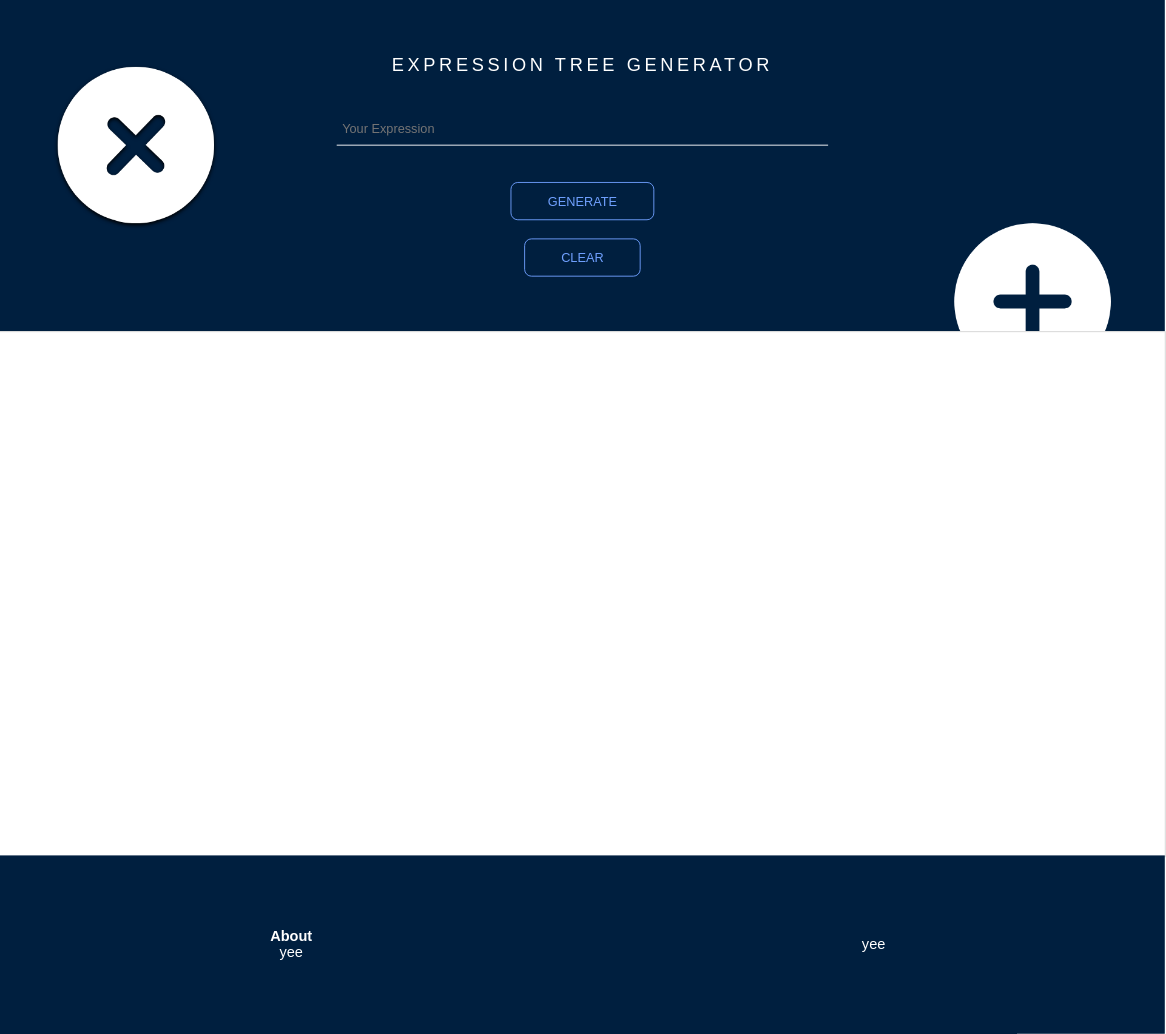
Repository: lnogueir/expression-tree-gen
Page: index.html
These files come from the project's save history. The page is drawn as it stood at one moment and after the next save; the edit follows.
The browser window is 1280 px wide. The page is 1281 px wide, so the pictures cover 1281 px, including what lies to the right of the window. The pictures show the whole page, at 91% of full size.

Above is the page before, as saved 2020-03-15 20:02:50.

### index.html
<!DOCTYPE html>
<html lang="en">

<head>
    <meta charset="UTF-8">
    <meta name="viewport" content="width=device-width, initial-scale=1.0">
    <title>Canvas</title>
    <link rel="stylesheet" href="app.css">
</head>

<body>

    <div class="contact-section">
        <div class="inner-width">
          <h1>Expression Tree Generator</h1>
          <input type="text" class="name" id = 'expression-input' placeholder="Your Expression">

          <div class="buttons">
          <button id="generate-tree">Generate</button>
          <a href="index.html"><button id="generate-tree">Clear</button></a>
        </div>

        </div>
      </div>

    <div id="canvas-container">
        <canvas></canvas>
    </div>

    <div class="ending-section">
        <div class="end-row">
        <div class="end-1">
            <div class="end-1-text">
            <h4>About</h4>
            <p>yee</p>
        </div>
        </div>
       <div class="end-2">
        <p>yee</p>
           </div>
    </div>

</body>
<script src="https://ajax.googleapis.com/ajax/libs/jquery/3.4.1/jquery.min.js"></script>
<script src="https://cdnjs.cloudflare.com/ajax/libs/mathjs/6.6.1/math.min.js"></script>
<script src="tree.js"></script>
<script src="infixToPostfix.js"></script>
<script src="canvas.js"></script>

</html>

### app.css
*{
    margin: 0;
    padding: 0;
    box-sizing: border-box;
    font-family: "montserrat",sans-serif;
  }
  .contact-section{
    background: url(./maths1.png);
    background-size: cover;
    padding: 60px 0 40px 0;
    text-align: center;
  }

  .inner-width{
    max-width: 600px;
    margin: auto;
    padding: 0 20px;
  }

  .contact-section h1{
    font-size: 20px;
    color: #FFF;
    margin-bottom: 40px;
    text-transform: uppercase;
    letter-spacing: 4px;
    font-weight: 400;
  }

  .name,.email,.message{
    background: none;
    border:none;
    outline: none;
    border-bottom: 1px solid;
    color: #FFF;
    padding: 10px 6px;
    font-size: 14px;
    margin-bottom: 40px;
  }

  .name{
    float: center;
    width: 540px;
  }

  .buttons{
      display: flex;
      flex-direction: column;
      justify-content: center;
      align-items: center;
  }

  .contact-section button{
      margin-bottom: 20px;
      outline: none;
    background: none;
    color: #70a1ff;
    border: 1px solid #70a1ff;
    padding: 12px 40px;
    border-radius: 8px;
    text-transform: uppercase;
    font-size: 14px;
    transition: 0.4s linear;
    cursor: pointer;
  }

  .contact-section button:hover{
    background: #70a1ff;
    color: #fff;
  }

  .ending-section{
      z-index: 10;
      bottom: 0;
      position: relative;
    background: #001f3f;
    padding: 80px 0;
    text-align: center;
  }

  .end-row{
      display: flex;
      flex-direction: row;
      align-items: center;
      justify-content: space-between;
      margin: auto;
      color: white;
  }

  .end-1-text{
      display: flex;
      flex-direction: column;
      justify-content: center;
      align-items: center;
  }

  .end-1{
      flex: 1;

  }

  .end-2{
      flex: 1;
  }

  @media screen and (max-width:700px){
    .contact-section{
        background: #001f3f;
    }
  }


  @media screen and (max-width:600px){
    .name,.email{
      width: 100%;
    }
  }

#canvas-container{
    outline: none;
    border: none;
    display: flex;
    flex-direction: column;
    align-items: center;
    margin: auto;
    height: 80vh;
    width: 100vw;
    max-width: 100vw;
    background: #FFF;
}

canvas{
    border: 1px solid lightgray;
}

### tree.js
function Node(value) {
    const radius = 32.5
    this.value = value;
    this.x = null;
    this.y = null;
    this.right = null;
    this.left = null;

    this.isLeaf = () => this.right == null && this.left == null;

    this.drawEdge = function (context, x, y, left_way) {
        context.strokeStyle = 'black';
        context.beginPath()
        const x_y_ratio = Math.abs(this.y - y) / Math.abs(this.x - x)
        const w = radius * Math.sqrt(1 / (1 + Math.pow(x_y_ratio, 2)))
        const d = x_y_ratio * w
        if (left_way) {
            context.moveTo(this.x - w, this.y + d)
            context.lineTo(x + w, y - d)
        } else {
            context.moveTo(this.x + w, this.y + d)
            context.lineTo(x - w, y - d)
        }

        context.stroke()
    }

    this.draw = function (context) {
        context.beginPath()
        context.arc(this.x, this.y, radius, 0, Math.PI * 2, false)
        context.fillStyle = 'rgba(255, 255, 255, 0.5)'
        context.fill()
        context.strokeStyle = 'black'
        context.stroke()
        context.font = '25px Times New Roman'
        context.textAlign = 'center'
        context.textBaseline = 'middle'
        context.fillStyle = "black";
        context.fillText(this.value, this.x, this.y);
    }
}

function constructTree(postfix) {
    const OPERATORS = ['*', '/', '-', '+']
    var stack = []
    var root = null;
    var current;
    var shift = false;
    for (var i = postfix.length - 1; i >= 0; i--) {
        if (null === root) {
            current = new Node(postfix[i]);
            root = current;
        } else {
            if (shift) {
                current.left = new Node(postfix[i])
                current = current.left
                shift = false
            } else {
                current.right = new Node(postfix[i])
                current = current.right
            }
        }
        if (OPERATORS.includes(postfix[i])) {
            stack.push(current);
        } else {
            current = stack.pop();
            shift = true
        }
    }
    return root;
}

function getSize(root) {
    var size = 0
    function countSize(root) {
        if (null != root) {
            size++;
            countSize(root.left)
            countSize(root.right)
        }
    }
    countSize(root);
    return size;
}

function print_coords(root) {
    if (null != root) {
        print_coords(root.left)
        console.log(root.value, root.x, root.y)
        print_coords(root.right)
    }
}

function setCoordinates(root) {
    var i = 0
    const OFFSET = 50
    const size = getSize(root)
    const canvas_mid_point = window.innerWidth / 2;
    function setCoordinates(subt, depth) {
        if (null != subt) {
            setCoordinates(subt.left, depth + 1)
            subt.x = canvas_mid_point + (OFFSET * (i - size / 2))
            subt.y = OFFSET + (depth * 1.5 * OFFSET)
            i++
            setCoordinates(subt.right, depth + 1)
        }
    }
    setCoordinates(root, 0)
}

function drawTree(root, context) {
    if (null != root) {
        root.draw(context)
        if (null != root.left) {
            root.drawEdge(context, root.left.x, root.left.y, true);
        }
        drawTree(root.left, context)
        if (null != root.right) {
            root.drawEdge(context, root.right.x, root.right.y, false)
        }
        drawTree(root.right, context)
    }
}

### infixToPostfix.js
function isBracketed(expr) {
  var stack = []
  for (var i = 0; i < expr.length; i++) {
    if ('(' === expr[i]) {
      stack.push('(')
    } else if (')' === expr[i]) {
      stack.pop()
      if (stack.length === 0) {
        if (i !== expr.length - 1) {
          return false
        } else {
          return true
        }
      }
    }
  }
  return false;
}

function isValidExpression(expr) {
  if (expr.length < 3) {
    return false;
  }
  for (var i = 0; i < expr.length; i++) {
    if ('abcdefghijklmnopqrstuvwxyz*()/+-'.indexOf(expr[i]) === -1) {
      return false;
    }
  }
  try {
    while ("(" === expr[0] && ")" === expr[expr.length - 1]) {
      if (isBracketed(expr)) {
        expr = expr.substring(1, expr.length - 1);
      } else break;
    }
    var res = math.parse(expr);
    if ((typeof res.implicit === 'undefined') || res.fn.indexOf('unary') !== -1) {
      return false;
    }
    return true;
  }
  catch (ex) {
    return false;
  }
}

function infixToPostfix(expression) {
  if (!isValidExpression(expression)) {
    return null;
  }
  const prec = { "*": 3, "/": 3, "-": 2, "+": 2, "(": 1 }
  op_stack = []
  postfixList = []
  tokens = expression.split('')
  for (const token of tokens) {
    if ("abcdefghijklmnopqrstuvwxyz".indexOf(token) !== -1) {
      postfixList.push(token)
    } else if ("(" === token) {
      op_stack.push(token)
    } else if (")" === token) {
      var top_op_token = op_stack.pop()
      while (top_op_token !== '(') {
        postfixList.push(top_op_token)
        top_op_token = op_stack.pop()
      }
    } else {
      var peek_elem = op_stack.slice(-1)[0];
      while (op_stack.length > 0 && (prec[peek_elem] >= prec[token])) {
        postfixList.push(op_stack.pop())
        peek_elem = op_stack.slice(-1)[0];
      }
      op_stack.push(token)
    }
  }
  while (op_stack.length > 0) {
    postfixList.push(op_stack.pop())
  }
  return postfixList
}

### canvas.js
var canvas = document.querySelector('canvas')

canvas.height = document.getElementById('canvas-container').offsetHeight;
canvas.width = document.getElementById('canvas-container').offsetWidth;

var c = canvas.getContext('2d')

$('#generate-tree').click(() => {
    var expression = $('#expression-input').val()
    if (typeof expression !== 'undefined' && null != expression) {
        expression = expression.replace(/\s+/g, '')
        expression = expression.toLowerCase()
        var postfix = infixToPostfix(expression);
        if (null !== postfix) {
            var root = constructTree(postfix)
            setCoordinates(root)
            c.clearRect(0, 0, canvas.width, canvas.height);
            drawTree(root, c)
        } else {
            alert('Enter valid expression')
        }

    } else {
        alert('Enter valid expression')
    }
})

After the next save:
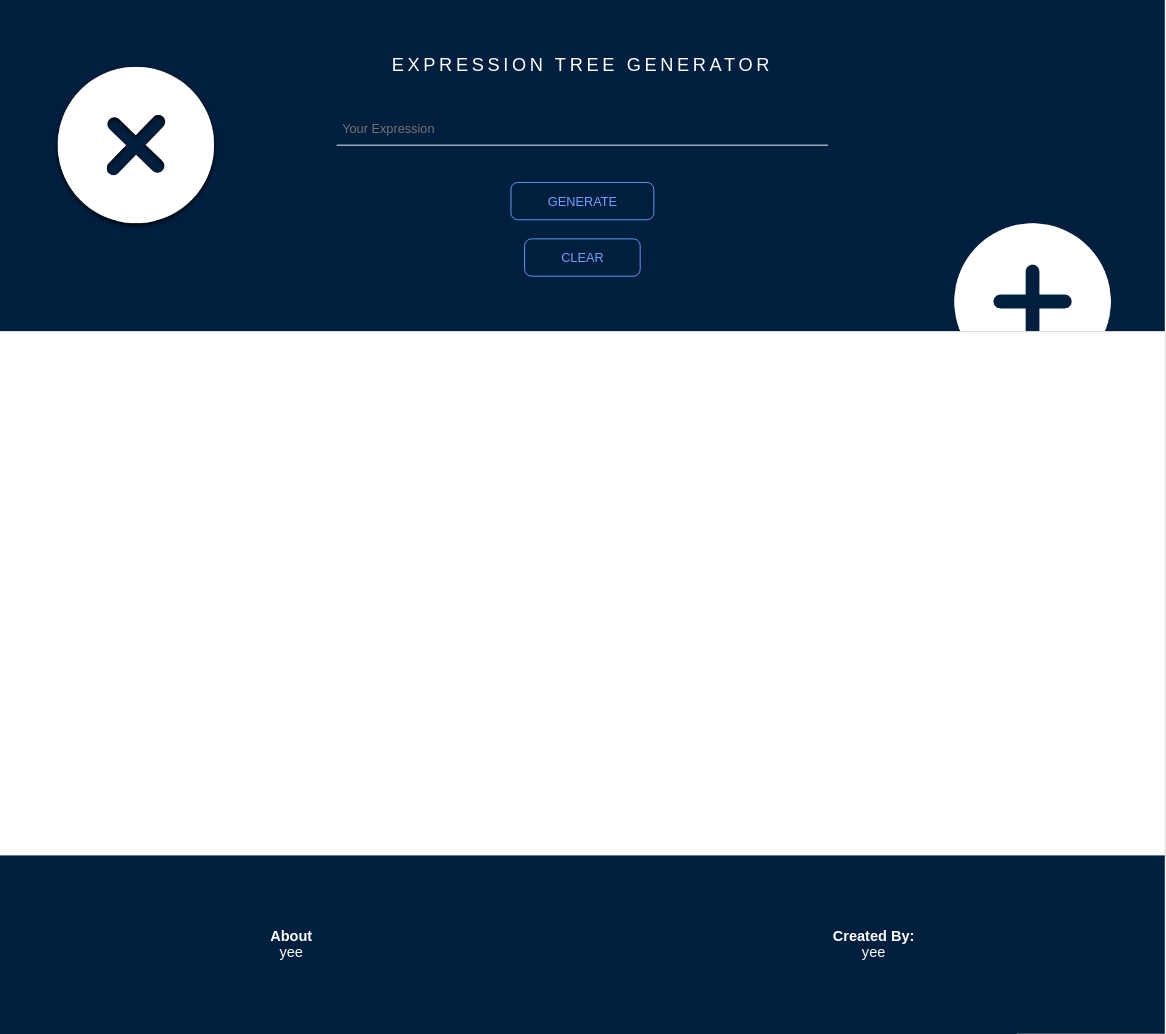
Saved 18 s later.
--- a/index.html
+++ b/index.html
@@ -36,6 +36,7 @@
         </div>
         </div>
        <div class="end-2">
+        <h4>Created By:</h4>
         <p>yee</p>
            </div>
     </div>
